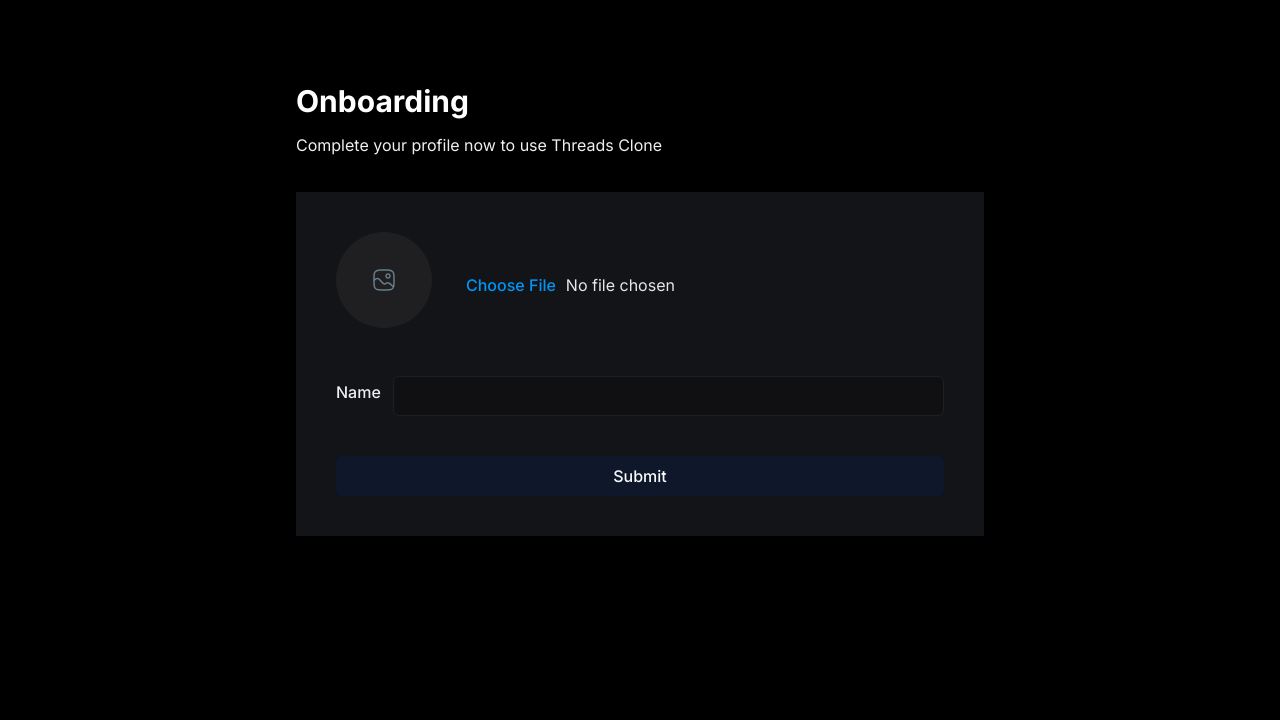
Repository: Elswee13/threads_app
Page: /onboarding
The author's editor kept a copy of each file at every save. The page is drawn from the files as they stood at one save, then again after the next save.
The browser window is 1280 px wide. The pictures show the whole page.
The page's requests for data from a server got no answer. The project was rebuilt for these pictures with package versions that can differ from the ones it lists, and the page was loaded fresh each time. Some packages were replaced by stand-ins written for this rebuild. The framework's server and built-in components were replaced by stand-ins that run in the browser. No one was signed in, and anything a server would have sent is missing. Also part of the build but not shown: next.config.js.

Above is the page before, as saved 2023-12-04 09:19:48.

### app/(auth)/layout.tsx
import React from "react";
import type { Metadata } from "next";
import { Inter } from "next/font/google";
import { ClerkProvider } from "@clerk/nextjs";
// import { dark } from "@clerk/themes";

import "../globals.css";

const inter = Inter({ subsets: ["latin"] });

export const metadata: Metadata = {
    title: "Threads",
    description: "A Next.js 14 Meta Threads Application Clone",
};

export default function RootLayout({
  children,
}: {
  children: React.ReactNode;
}) {
  return (
    <ClerkProvider
      appearance={{
        // baseTheme: dark,
      }}
    >
      <html lang='en'>
        <body className={`${inter.className} bg-dark-1`}>{children}</body>
      </html>
    </ClerkProvider>
  );
}

### app/(auth)/onboarding/page.tsx


import React from "react";
import AccountProfile from "@/components/forms/AccountProfile";
import { currentUser } from "@clerk/nextjs";

async function Page(){
    const user = await currentUser();

    const userInfo = {};

    const userData = {
        id: user?.id,
        objectId: userInfo?._id,
        username: userInfo?.username || user?.username,
        name: userInfo?.name || user?.firstName || "",
        bio: userInfo?.bio || "",
        image: userInfo?.image || user?.imageUrl,
    };

    return(
        <main className="mx-auto flex max-w-3xl flex-col justify-start px-10 py-20 " >
            <h1 className="head-text" >Onboarding</h1>
            <p className="mt-3 text-base-regular text-light-2" >
            Complete your profile now to use Threads Clone
            </p>

            <section className="mt-9 bg-dark-2 p-10" >
                <AccountProfile/>
            </section>
        </main>
    )
}

export default Page;

### components/forms/AccountProfile.tsx
"use client"

import React, { ChangeEvent } from "react";
import { useForm } from "react-hook-form";
import { Button } from "@/components/ui/button";
import {
    Form,
    FormControl,
    FormField,
    FormItem,
    FormLabel,
  } from "@/components/ui/form";
import { Input } from "@/components/ui/input";
import { zodResolver } from "@hookform/resolvers/zod";
import { userValidation } from '@/lib/validations/user';
import * as z from "zod"
import Image from "next/image";


interface Props{
    user:{
        id:string;
        objectId: string;
        username: string;
        name: string;
        bio: string;
        image: string;
    };
    btnTitle: string;
}

const AccountProfile = ({user,btnTitle}: Props) =>{

    const form = useForm({
        resolver: zodResolver(userValidation),
        defaultValues:{
            profile_photo: '',
            name: '',
            username: '',
            bio: ''
        }
    })

    const handleImage = (e: ChangeEvent, fieldChange:(value:string)=>void)=>{
        e.preventDefault();
    }

    function onSubmit(values: z.infer<typeof userValidation>) {
        // Do something with the form values.
        // ✅ This will be type-safe and validated.
        console.log(values)
      }

    return(
       <Form {...form}>
        <form
        onSubmit={form.handleSubmit(onSubmit)}
        className="flex flex-col justify-start gap-10"
        >

            {/* this first form field is for profile photo */}
        <FormField
          control={form.control}
          name='profile_photo'
          render={({ field }) => (
            <FormItem className='flex items-center gap-4'>
              <FormLabel className='account-form_image-label'>
                {field.value ? (
                  <Image
                    src={field.value}
                    alt='profile_icon'
                    width={96}
                    height={96}
                    priority
                    className='rounded-full object-contain'
                  />
                ) : (
                  <Image
                    src='/assets/profile.svg'
                    alt='profile_icon'
                    width={24}
                    height={24}
                    className='object-contain'
                  />
                )}
              </FormLabel>
              <FormControl className='flex-1 text-base-semibold text-gray-200'>
                <Input
                  type='file'
                  accept='image/*'
                  placeholder='Add profile photo'
                  className='account-form_image-input'
                  onChange={(e) => handleImage(e, field.onChange)}
                />
              </FormControl>
            </FormItem>
          )}
        />
                {/* this form field is for the name */}
         <FormField
          control={form.control}
          name='name'
          render={({ field }) => (
            <FormItem className='flex items-center gap-3 w-full'>
              <FormLabel className='text-base-semibold text-light-2'>
                Name
              </FormLabel>
              <FormControl className='flex-1 text-base-semibold text-gray-200'>
                <Input
                  type="text"
                  className='account-form_input no-focus'
                  {...field}
                />
              </FormControl>
            </FormItem>
          )}
        />

          <Button type="submit">Submit</Button>
        </form>
      </Form>
    );
};

export default AccountProfile;

### components/ui/button.tsx
import * as React from "react"
import { Slot } from "@radix-ui/react-slot"
import { cva, type VariantProps } from "class-variance-authority"

import { cn } from "@/lib/utils"

const buttonVariants = cva(
  "inline-flex items-center justify-center whitespace-nowrap rounded-md text-sm font-medium ring-offset-white transition-colors focus-visible:outline-none focus-visible:ring-2 focus-visible:ring-slate-950 focus-visible:ring-offset-2 disabled:pointer-events-none disabled:opacity-50 dark:ring-offset-slate-950 dark:focus-visible:ring-slate-300",
  {
    variants: {
      variant: {
        default: "bg-slate-900 text-slate-50 hover:bg-slate-900/90 dark:bg-slate-50 dark:text-slate-900 dark:hover:bg-slate-50/90",
        destructive:
          "bg-red-500 text-slate-50 hover:bg-red-500/90 dark:bg-red-900 dark:text-slate-50 dark:hover:bg-red-900/90",
        outline:
          "border border-slate-200 bg-white hover:bg-slate-100 hover:text-slate-900 dark:border-slate-800 dark:bg-slate-950 dark:hover:bg-slate-800 dark:hover:text-slate-50",
        secondary:
          "bg-slate-100 text-slate-900 hover:bg-slate-100/80 dark:bg-slate-800 dark:text-slate-50 dark:hover:bg-slate-800/80",
        ghost: "hover:bg-slate-100 hover:text-slate-900 dark:hover:bg-slate-800 dark:hover:text-slate-50",
        link: "text-slate-900 underline-offset-4 hover:underline dark:text-slate-50",
      },
      size: {
        default: "h-10 px-4 py-2",
        sm: "h-9 rounded-md px-3",
        lg: "h-11 rounded-md px-8",
        icon: "h-10 w-10",
      },
    },
    defaultVariants: {
      variant: "default",
      size: "default",
    },
  }
)

export interface ButtonProps
  extends React.ButtonHTMLAttributes<HTMLButtonElement>,
    VariantProps<typeof buttonVariants> {
  asChild?: boolean
}

const Button = React.forwardRef<HTMLButtonElement, ButtonProps>(
  ({ className, variant, size, asChild = false, ...props }, ref) => {
    const Comp = asChild ? Slot : "button"
    return (
      <Comp
        className={cn(buttonVariants({ variant, size, className }))}
        ref={ref}
        {...props}
      />
    )
  }
)
Button.displayName = "Button"

export { Button, buttonVariants }

### components/ui/form.tsx
import * as React from "react"
import * as LabelPrimitive from "@radix-ui/react-label"
import { Slot } from "@radix-ui/react-slot"
import {
  Controller,
  ControllerProps,
  FieldPath,
  FieldValues,
  FormProvider,
  useFormContext,
} from "react-hook-form"

import { cn } from "@/lib/utils"
import { Label } from "@/components/ui/label"

const Form = FormProvider

type FormFieldContextValue<
  TFieldValues extends FieldValues = FieldValues,
  TName extends FieldPath<TFieldValues> = FieldPath<TFieldValues>
> = {
  name: TName
}

const FormFieldContext = React.createContext<FormFieldContextValue>(
  {} as FormFieldContextValue
)

const FormField = <
  TFieldValues extends FieldValues = FieldValues,
  TName extends FieldPath<TFieldValues> = FieldPath<TFieldValues>
>({
  ...props
}: ControllerProps<TFieldValues, TName>) => {
  return (
    <FormFieldContext.Provider value={{ name: props.name }}>
      <Controller {...props} />
    </FormFieldContext.Provider>
  )
}

const useFormField = () => {
  const fieldContext = React.useContext(FormFieldContext)
  const itemContext = React.useContext(FormItemContext)
  const { getFieldState, formState } = useFormContext()

  const fieldState = getFieldState(fieldContext.name, formState)

  if (!fieldContext) {
    throw new Error("useFormField should be used within <FormField>")
  }

  const { id } = itemContext

  return {
    id,
    name: fieldContext.name,
    formItemId: `${id}-form-item`,
    formDescriptionId: `${id}-form-item-description`,
    formMessageId: `${id}-form-item-message`,
    ...fieldState,
  }
}

type FormItemContextValue = {
  id: string
}

const FormItemContext = React.createContext<FormItemContextValue>(
  {} as FormItemContextValue
)

const FormItem = React.forwardRef<
  HTMLDivElement,
  React.HTMLAttributes<HTMLDivElement>
>(({ className, ...props }, ref) => {
  const id = React.useId()

  return (
    <FormItemContext.Provider value={{ id }}>
      <div ref={ref} className={cn("space-y-2", className)} {...props} />
    </FormItemContext.Provider>
  )
})
FormItem.displayName = "FormItem"

const FormLabel = React.forwardRef<
  React.ElementRef<typeof LabelPrimitive.Root>,
  React.ComponentPropsWithoutRef<typeof LabelPrimitive.Root>
>(({ className, ...props }, ref) => {
  const { error, formItemId } = useFormField()

  return (
    <Label
      ref={ref}
      className={cn(error && "text-red-500 dark:text-red-900", className)}
      htmlFor={formItemId}
      {...props}
    />
  )
})
FormLabel.displayName = "FormLabel"

const FormControl = React.forwardRef<
  React.ElementRef<typeof Slot>,
  React.ComponentPropsWithoutRef<typeof Slot>
>(({ ...props }, ref) => {
  const { error, formItemId, formDescriptionId, formMessageId } = useFormField()

  return (
    <Slot
      ref={ref}
      id={formItemId}
      aria-describedby={
        !error
          ? `${formDescriptionId}`
          : `${formDescriptionId} ${formMessageId}`
      }
      aria-invalid={!!error}
      {...props}
    />
  )
})
FormControl.displayName = "FormControl"

const FormDescription = React.forwardRef<
  HTMLParagraphElement,
  React.HTMLAttributes<HTMLParagraphElement>
>(({ className, ...props }, ref) => {
  const { formDescriptionId } = useFormField()

  return (
    <p
      ref={ref}
      id={formDescriptionId}
      className={cn("text-sm text-slate-500 dark:text-slate-400", className)}
      {...props}
    />
  )
})
FormDescription.displayName = "FormDescription"

const FormMessage = React.forwardRef<
  HTMLParagraphElement,
  React.HTMLAttributes<HTMLParagraphElement>
>(({ className, children, ...props }, ref) => {
  const { error, formMessageId } = useFormField()
  const body = error ? String(error?.message) : children

  if (!body) {
    return null
  }

  return (
    <p
      ref={ref}
      id={formMessageId}
      className={cn("text-sm font-medium text-red-500 dark:text-red-900", className)}
      {...props}
    >
      {body}
    </p>
  )
})
FormMessage.displayName = "FormMessage"

export {
  useFormField,
  Form,
  FormItem,
  FormLabel,
  FormControl,
  FormDescription,
  FormMessage,
  FormField,
}

### components/ui/input.tsx
import * as React from "react"

import { cn } from "@/lib/utils"

export interface InputProps
  extends React.InputHTMLAttributes<HTMLInputElement> {}

const Input = React.forwardRef<HTMLInputElement, InputProps>(
  ({ className, type, ...props }, ref) => {
    return (
      <input
        type={type}
        className={cn(
          "flex h-10 w-full rounded-md border border-slate-200 bg-white px-3 py-2 text-sm ring-offset-white file:border-0 file:bg-transparent file:text-sm file:font-medium placeholder:text-slate-500 focus-visible:outline-none focus-visible:ring-2 focus-visible:ring-slate-950 focus-visible:ring-offset-2 disabled:cursor-not-allowed disabled:opacity-50 dark:border-slate-800 dark:bg-slate-950 dark:ring-offset-slate-950 dark:placeholder:text-slate-400 dark:focus-visible:ring-slate-300",
          className
        )}
        ref={ref}
        {...props}
      />
    )
  }
)
Input.displayName = "Input"

export { Input }

### lib/validations/user.ts
import * as z from 'zod';
//  This is for saving user data

export const userValidation = z.object({
    profile_photo: z.string().url().nonempty(),
    name: z.string().min(3,{message:"Minimum 3 Characters"}).max(30),
    username: z.string().min(3,{message:"Minimum 3 Characters"}).max(30),
    bio: z.string().min(0,{message:"Minimum 3 Characters"}).max(1000),
})

### components/ui/label.tsx
"use client"

import * as React from "react"
import * as LabelPrimitive from "@radix-ui/react-label"
import { cva, type VariantProps } from "class-variance-authority"

import { cn } from "@/lib/utils"

const labelVariants = cva(
  "text-sm font-medium leading-none peer-disabled:cursor-not-allowed peer-disabled:opacity-70"
)

const Label = React.forwardRef<
  React.ElementRef<typeof LabelPrimitive.Root>,
  React.ComponentPropsWithoutRef<typeof LabelPrimitive.Root> &
    VariantProps<typeof labelVariants>
>(({ className, ...props }, ref) => (
  <LabelPrimitive.Root
    ref={ref}
    className={cn(labelVariants(), className)}
    {...props}
  />
))
Label.displayName = LabelPrimitive.Root.displayName

export { Label }

Loaded but not shown: app/layout.tsx (common file); app/globals.css (common file); lib/utils.ts (common file); tailwind.config.js (common file)

After the next save:
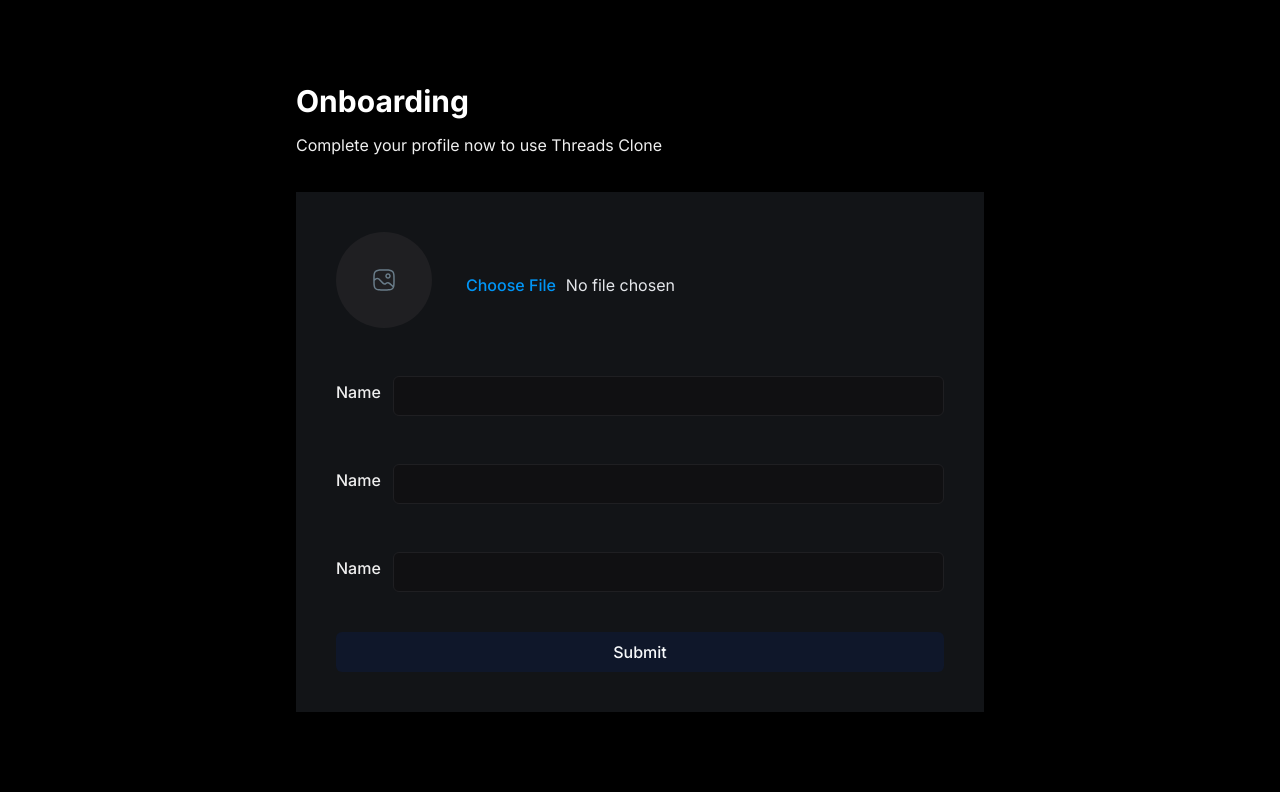
Saved 4 min 34 s later.
--- a/components/forms/AccountProfile.tsx
+++ b/components/forms/AccountProfile.tsx
@@ -116,6 +116,46 @@ const AccountProfile = ({user,btnTitle}: Props) =>{
           )}
         />
 
+            {/* this form field is for the name */}
+         <FormField
+          control={form.control}
+          name='name'
+          render={({ field }) => (
+            <FormItem className='flex items-center gap-3 w-full'>
+              <FormLabel className='text-base-semibold text-light-2'>
+                Name
+              </FormLabel>
+              <FormControl className='flex-1 text-base-semibold text-gray-200'>
+                <Input
+                  type="text"
+                  className='account-form_input no-focus'
+                  {...field}
+                />
+              </FormControl>
+            </FormItem>
+          )}
+        />
+
+             {/* this form field is for the name */}
+         <FormField
+          control={form.control}
+          name='name'
+          render={({ field }) => (
+            <FormItem className='flex items-center gap-3 w-full'>
+              <FormLabel className='text-base-semibold text-light-2'>
+                Name
+              </FormLabel>
+              <FormControl className='flex-1 text-base-semibold text-gray-200'>
+                <Input
+                  type="text"
+                  className='account-form_input no-focus'
+                  {...field}
+                />
+              </FormControl>
+            </FormItem>
+          )}
+        />
+
           <Button type="submit">Submit</Button>
         </form>
       </Form>
